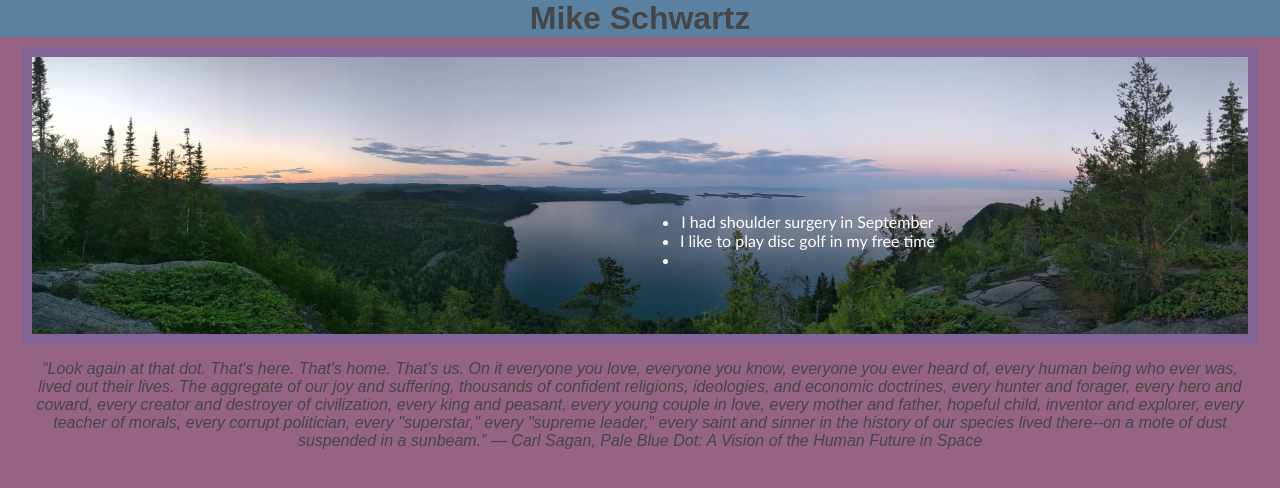
Repository: Ellusionism/prime-pw-week-1-assignment
Page: assignment/index.html
An editor plug-in stored every save of this project. The page is shown before and after a run of saves, followed by the edit.
The browser window is 1280 px wide. The pictures show the whole page.

Above is the page before, as saved 2022-10-26 16:12:39.

After the next 2 saves:
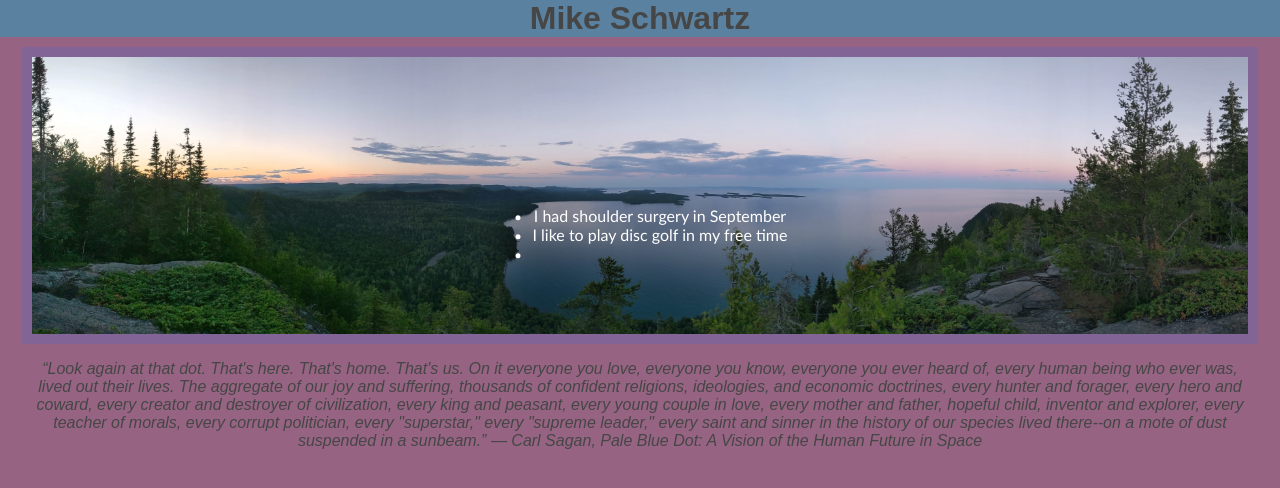
The 2 saves are shown as one change because they came seconds apart.
The last was saved 6 s later.
--- a/assignment/style.css
+++ b/assignment/style.css
@@ -39,7 +39,7 @@ header {
  position: absolute;
  top: 50%;
  left: 50%;
- transform: translate(-50%, -%);
+ transform: translate(-50%, -10%);
 }
  .container {
   position: relative;
